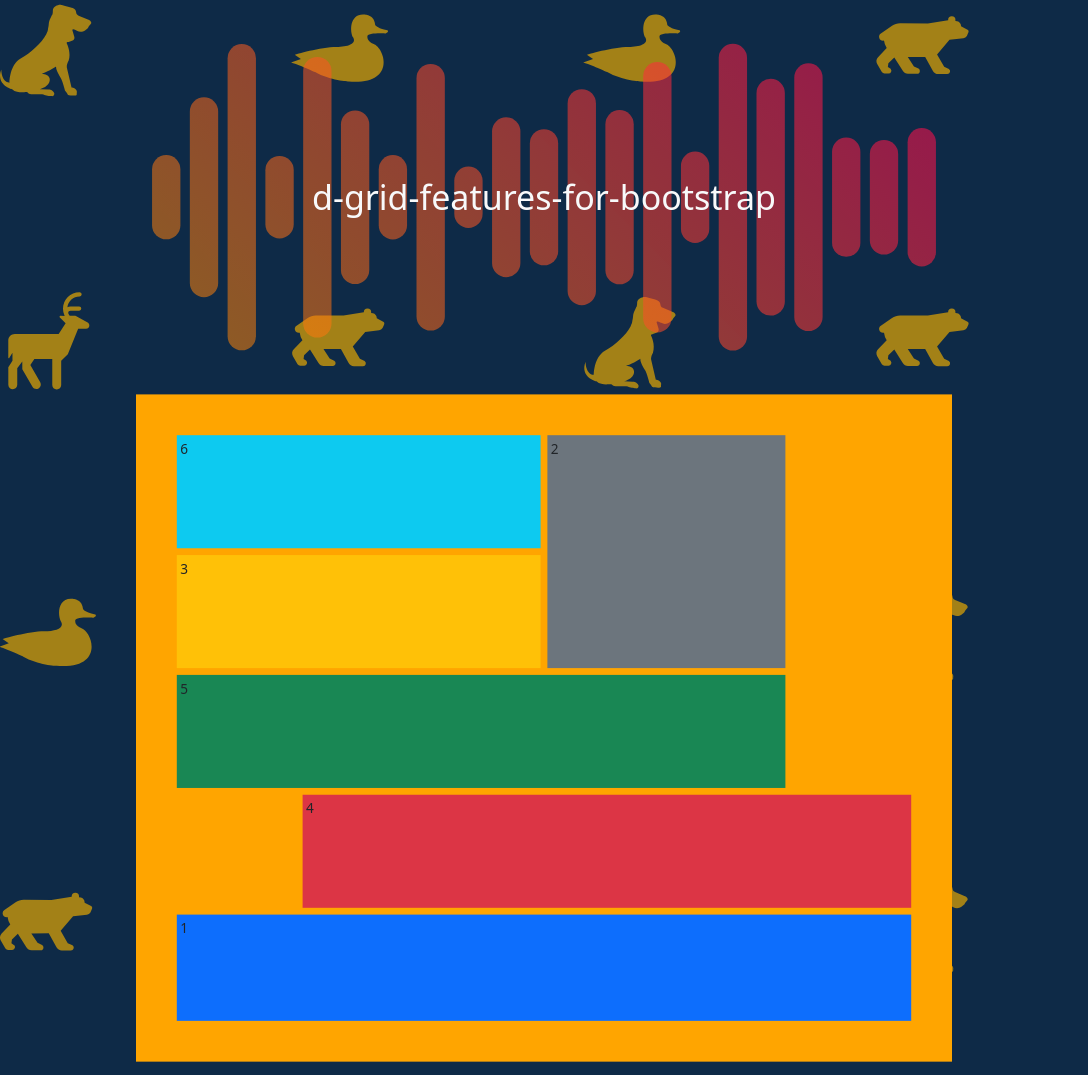
Repository: LynxPardelle/d-grid-features-for-bootstrap
Page: index.html
An editor plug-in stored every save of this project. The page is shown before and after the next save, followed by the edit.
The browser window is 1280 px wide. The pictures show the whole page, at 85% of full size.

Above is the page before, as saved 2021-10-20 23:12:52.

After the next save:
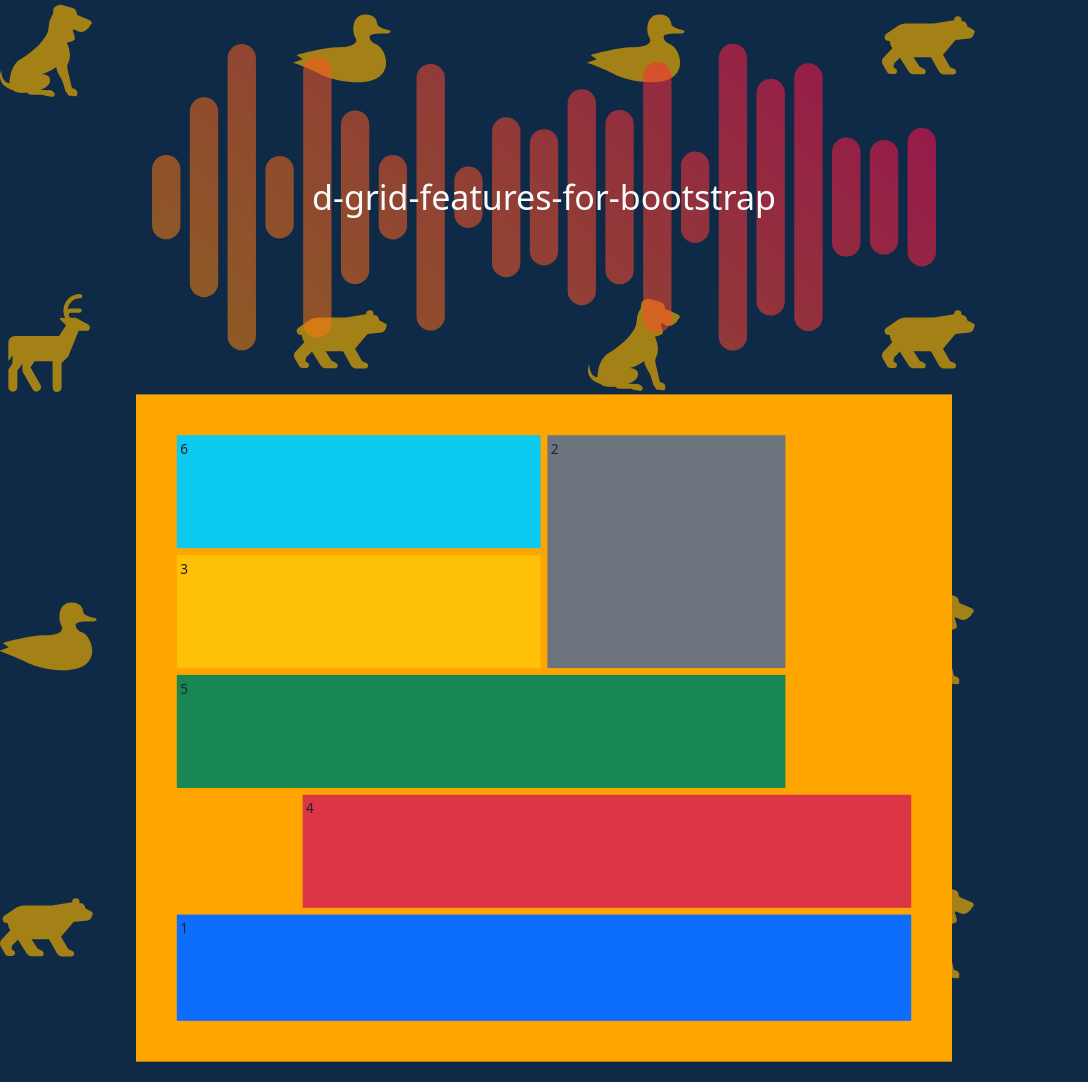
Saved 5 s later.
--- a/index.html
+++ b/index.html
@@ -35,7 +35,7 @@
     <!-- <section class="d-grid bg-dark" data-gfbs data-gfbs-gtc="repeat(4, 1fr)" data-gfbs-gtr="repeat(2, 50px)" > -->
     <!-- <section class="d-grid bg-dark" data-gfbs data-gfbs-gta='"f f b c c a"" f f d e e a"'> -->
       <section
-      class="d-grid w-75 mx-auto my-3"
+      class="d-grid w-75 mx-auto my-4"
       data-gfbs
       data-gfbs-custom="background-color: black; padding: 1rem;"
       data-gfbs-custom-sm="background-color: pink; padding: 2rem;"
